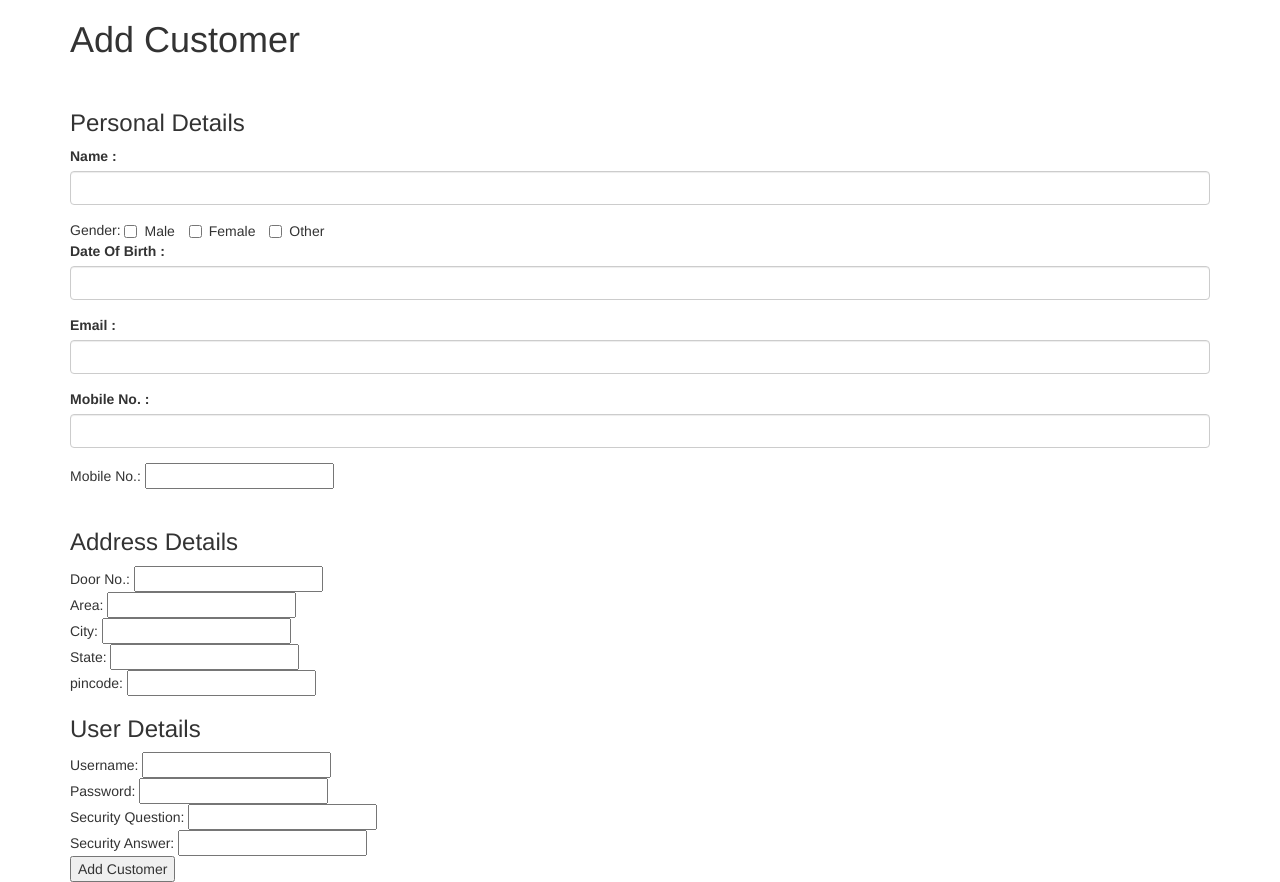
Repository: Shubham-Gawade/SpringHibernateTraining
Page: http://localhost/xorbankonline/WEB-INF/pages/addcustomer.jsp
An editor plug-in stored every save of this project. The page is shown before and after the next save, followed by the edit.
The browser window is 1280 px wide. The pictures show the whole page.
The page is served by Tomcat 9. Nobody is signed in. The template is opened directly, without the code that normally fills it, so the values that code supplies are empty.

Above is the page before, as saved 2021-10-07 04:27:51.

After the next save:
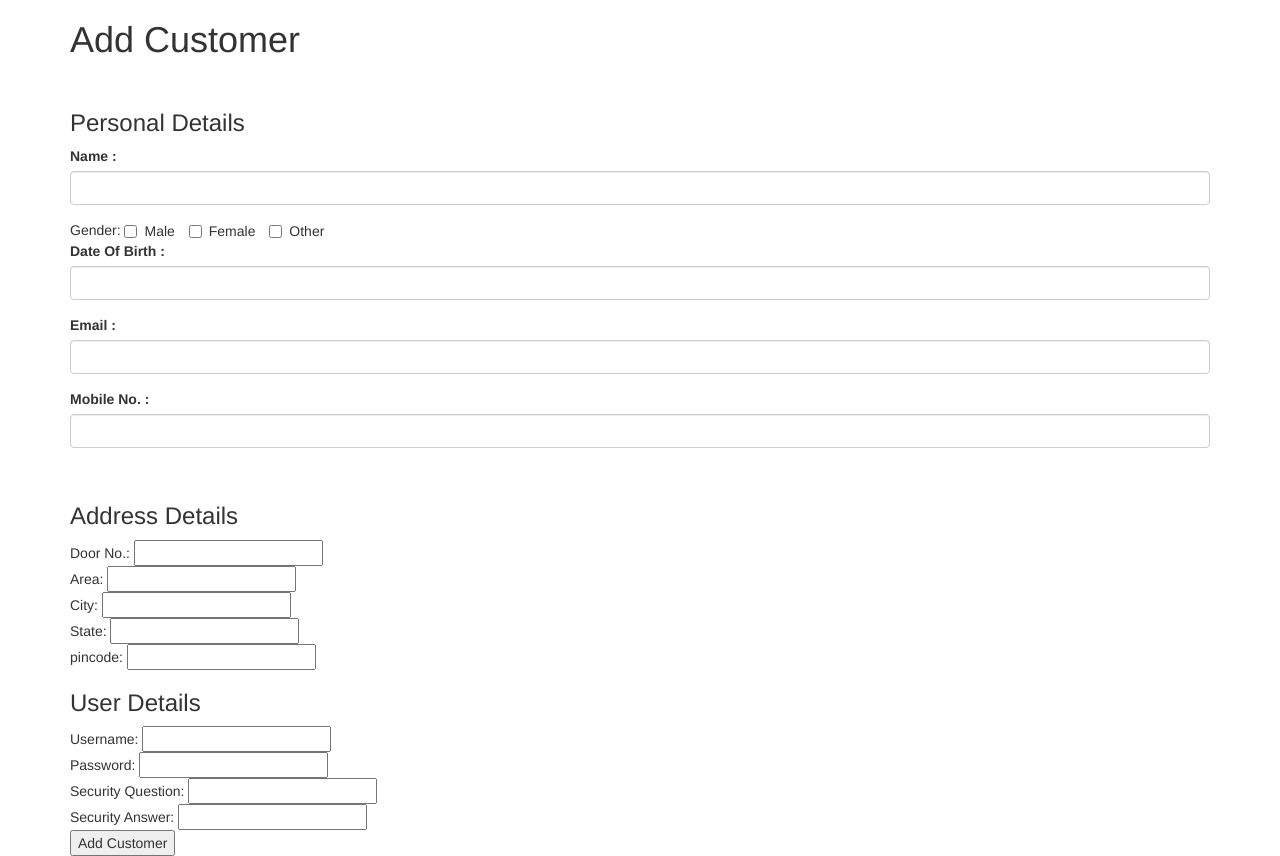
Saved 5 s later.
--- a/xorbankonline/src/main/webapp/WEB-INF/pages/addcustomer.jsp
+++ b/xorbankonline/src/main/webapp/WEB-INF/pages/addcustomer.jsp
@@ -33,7 +33,6 @@
 		    <label for="email">Mobile No. :</label>
 		    <form:input type="number" class="form-control" path="mobileNo" name="mobileNo"/>
 		</div>
-		Mobile No.: <form:input path="mobileNo" type="number"/><br/>
 
 		<br/>
 		<h3>Address Details</h3>
